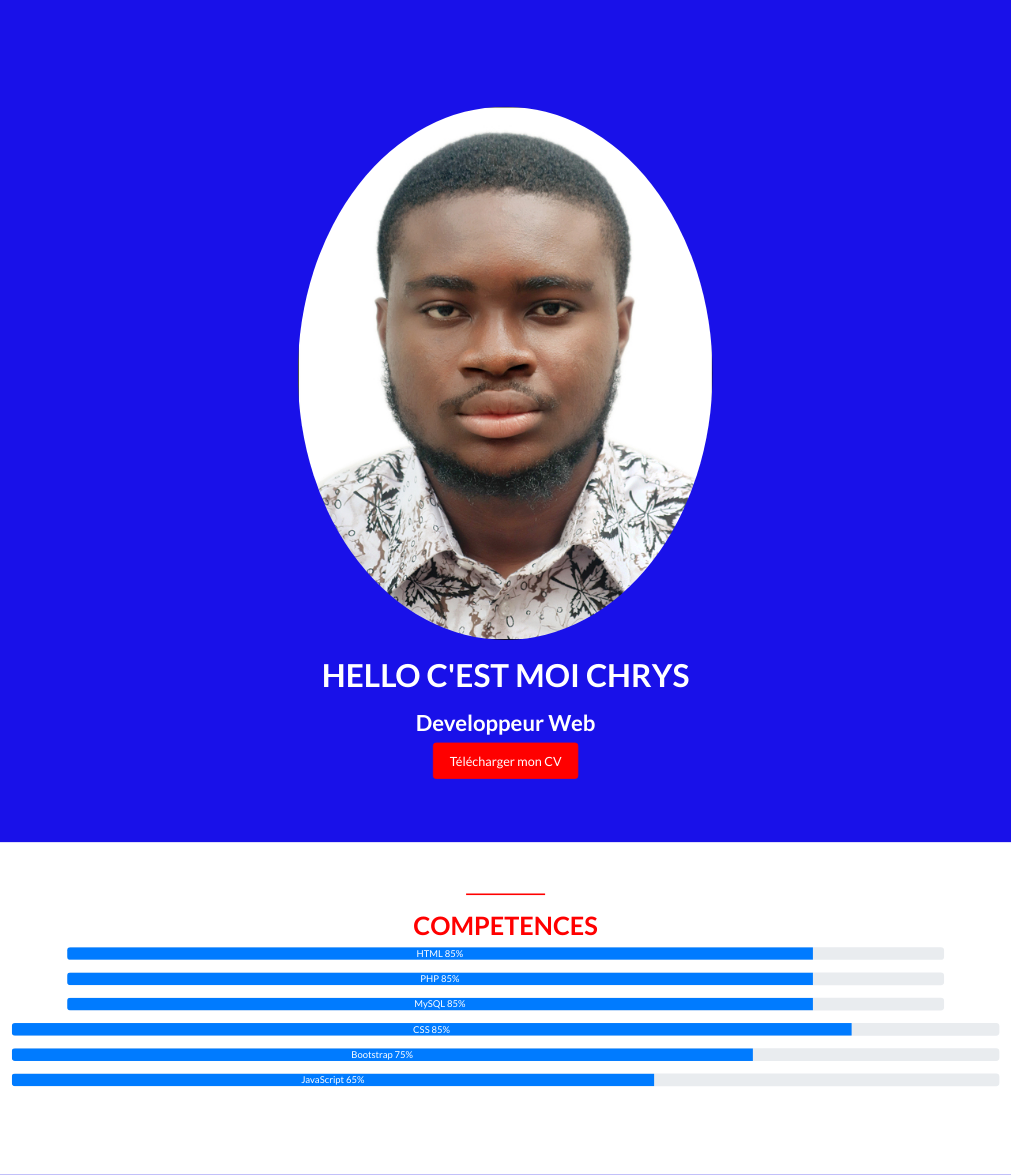
Repository: CHRYSOVR/CV_en_ligne_Interactif
Page: index.html
These files come from the project's save history. The page is drawn as it stood at one moment and after the next save; the edit follows.
The browser window is 1280 px wide. The pictures show the whole page, at 79% of full size.

Above is the page before, as saved 2025-07-07 16:54:41.
Console error: TypeError: Cannot read properties of undefined (reading 'fn')

### index.html
<!DOCTYPE html>
<html lang="fr">
<head>
    <meta charset="UTF-8">
    <meta name="viewport" content="width=device-width, initial-scale=1.0">
    <link rel="preconnect" href="https://fonts.googleapis.com">
<link rel="preconnect" href="https://fonts.gstatic.com" crossorigin>
<link href="https://fonts.googleapis.com/css2?family=Lato:ital,wght@0,100;0,300;0,400;0,700;0,900;1,100;1,300;1,400;1,700;1,900&display=swap" rel="stylesheet">
<link rel="stylesheet" href="https://cdn.jsdelivr.net/npm/bootstrap@4.0.0/dist/css/bootstrap.min.css" integrity="sha384-Gn5384xqQ1aoWXA+058RXPxPg6fy4IWvTNh0E263XmFcJlSAwiGgFAW/dAiS6JXm" crossorigin="anonymous">
<script src="https://cdn.jsdelivr.net/npm/bootstrap@4.0.0/dist/js/bootstrap.min.js" integrity="sha384-JZR6Spejh4U02d8jOt6vLEHfe/JQGiRRSQQxSfFWpi1MquVdAyjUar5+76PVCmYl" crossorigin="anonymous"></script>
    <link rel="stylesheet" href="css/style.css">
    <script src="js/script.js"></script>
    <title>CV SANNE-TIA</title>
</head>
<body>
  <section id="about" class="container-fluid">
    <div  class=" col-8 col -lg-4 profile-picture" >
        <img src="images/Me.JPG" alt="photo sanne-tia" class="rounded-circle">
    </div>
    <div class="heading">
        <h1>Hello c'est moi Chrys</h1 >
             <h3>Developpeur Web</h3>
     <a href="documents/CV_Sanne-Tia.pdf" class="btn btn-danger" target="_blank">Télécharger mon CV</a>
  </div>
    </section>
    <section id="skills">
<div class="divider"></div>
<div class="heading">
    <h2>Competences</h2>
</div>
<div class="container">
    <div class="row flex-column">
        <div class="col-12 mb-3">
            <div class="progress">
                <div class="progress-bar" role="progressbar" style="width: 85%;" aria-valuenow="85" aria-valuemin="0" aria-valuemax="100">HTML 85%</div>
            </div>
        </div>
        <div class="col-12  mb-3">
                    <div class="progress">
                        <div class="progress-bar" role="progressbar" style="width: 85%;" aria-valuenow="85" aria-valuemin="0" aria-valuemax="100">PHP 85%</div>
                    </div>
                </div>
                <div class="col-12  mb-3">
                    <div class="progress">
                        <div class="progress-bar" role="progressbar" style="width: 85%;" aria-valuenow="85" aria-valuemin="0" aria-valuemax="100">MySQL 85%</div>
                    </div>
                </div>
            </div>
        </div>
        <div class="col-12 mb-3">
            <div class="progress">
                <div class="progress-bar" role="progressbar" style="width: 85%;" aria-valuenow="85" aria-valuemin="0" aria-valuemax="100">CSS 85%</div>
            </div>
        </div>
        <div class="col-12 mb-3">
            <div class="row">
                <div class="col-12  mb-3">
                    <div class="progress">
                        <div class="progress-bar" role="progressbar" style="width: 75%;" aria-valuenow="75" aria-valuemin="0" aria-valuemax="100">Bootstrap 75%</div>
                    </div>
                </div>
                <div class="col-12 mb-3">
                    <div class="progress">
                        <div class="progress-bar" role="progressbar" style="width: 65%;" aria-valuenow="65" aria-valuemin="0" aria-valuemax="100">JavaScript 65%</div>
                    </div>
                </div>
            </div>
        </div>





    </section>
</body>
</html>

### css/style.css
/*GENERAL*/

body{
    font-family: 'Lato', sans-serif;

}
h1,h2,h3,h4,h5,h6{
    font-weight: bold;


}
.divider{
    width: 100px;
    height: 2px;
    background-color: #ff0000;
    margin:0 auto 20px ;
}
/*ABOUT*/
#about{
    background-color: #1911e9;

}
.profile-picture{
    text-align: center;
    margin: 70px auto 0;

}
section{
padding: 65px 0 80px 0;

}
 .heading{
    text-align: center;
    color: white;
    margin-top: 20px;
}
.heading h2{
    text-transform: uppercase;
}
img{
    max-width: 100%;
    height: auto;
}
#about .heading h1{
    color: white;
    text-transform: uppercase;
    margin-bottom: 20px;

}
.btn-danger{
    background-color: #ff0000;
    border-color: #ff0000;
    color: white;
    padding: 10px 20px;
    font-size: 16px;
    text-decoration: none;
    transition: all 0.7 s ease-in 2s;
}
.btn-danger:hover{
    background:rgba(255, 255, 255, 0.137);
    border-color: #00ff11fe;
    color: white;
    padding: 10px 20px;
    font-size: 16px;
    text-decoration: none;
}
/*SKILLS*/
#skills .heading h2 {
    color:red
}

Loaded but not shown: js/script.js (no stored copy; drawn as an empty file)

After the next save:
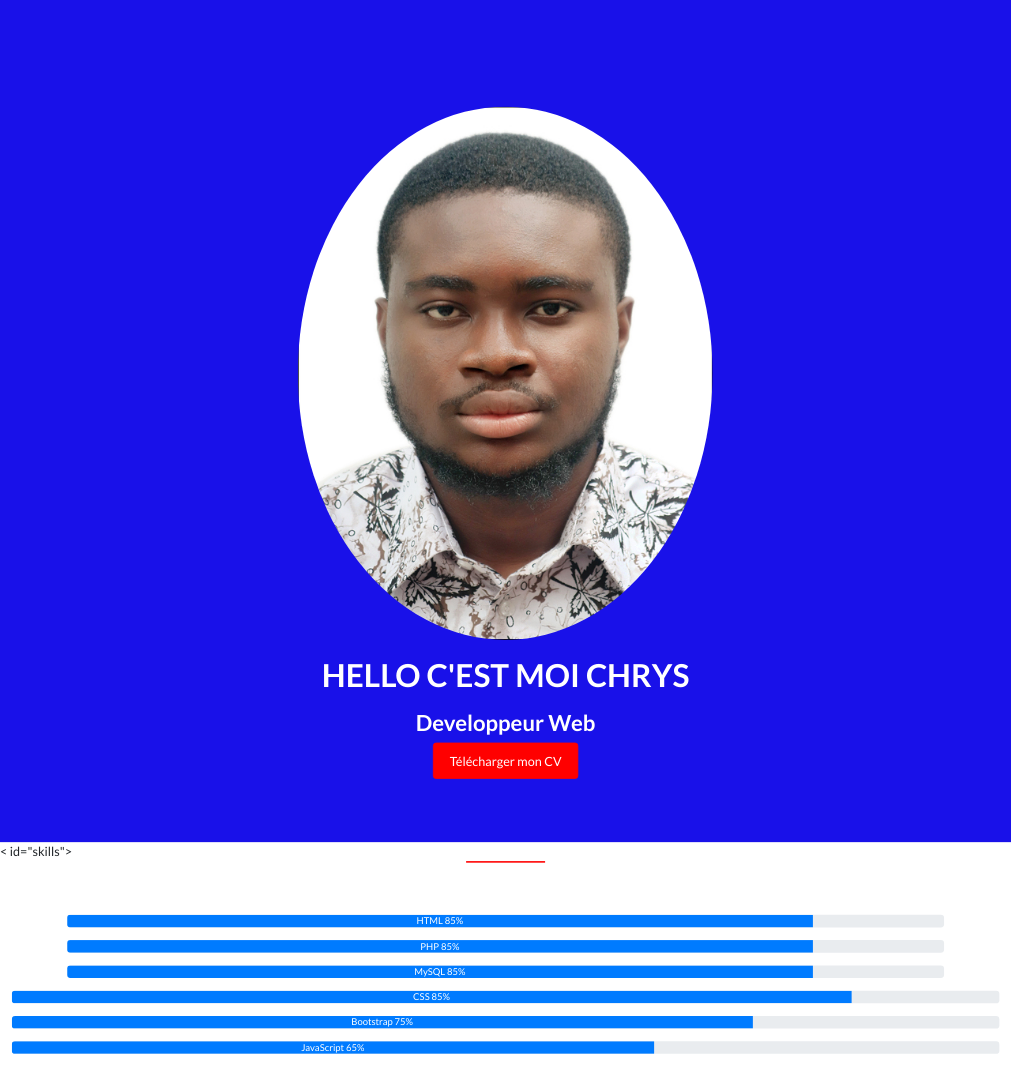
Saved 2 min 20 s later.
--- a/index.html
+++ b/index.html
@@ -23,7 +23,7 @@
      <a href="documents/CV_Sanne-Tia.pdf" class="btn btn-danger" target="_blank">Télécharger mon CV</a>
   </div>
     </section>
-    <section id="skills">
+    < id="skills">
 <div class="divider"></div>
 <div class="heading">
     <h2>Competences</h2>
@@ -66,8 +66,8 @@
                 </div>
             </div>
         </div>
-
-
+    </div>
+</div>
 
 
 

After the 2 saves that followed:
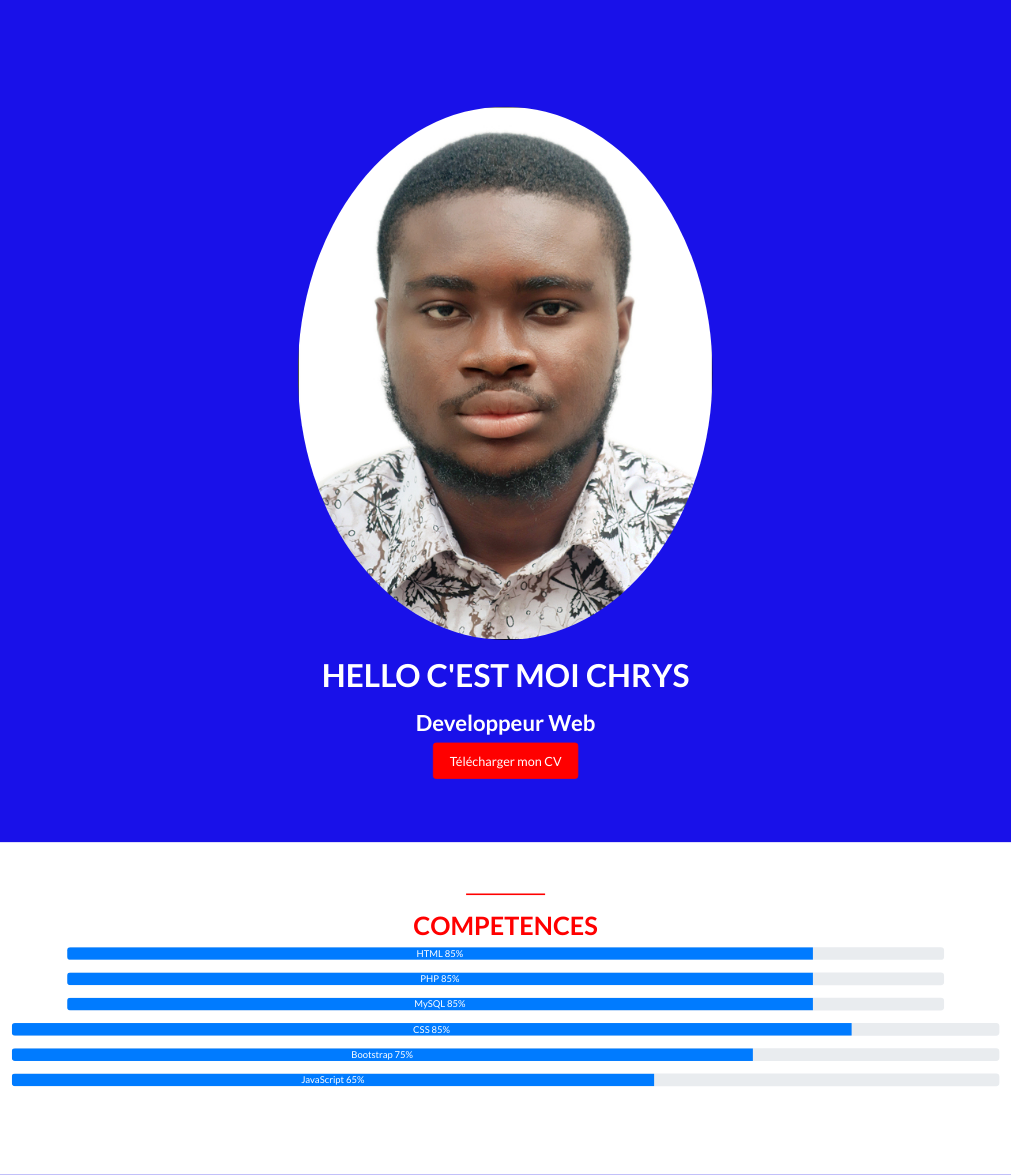
The 2 saves are shown as one change because 1 left the picture as it was.
The last was saved 104 s later.
--- a/index.html
+++ b/index.html
@@ -23,7 +23,7 @@
      <a href="documents/CV_Sanne-Tia.pdf" class="btn btn-danger" target="_blank">Télécharger mon CV</a>
   </div>
     </section>
-    < id="skills">
+    <section id="skills">
 <div class="divider"></div>
 <div class="heading">
     <h2>Competences</h2>
@@ -66,7 +66,6 @@
                 </div>
             </div>
         </div>
-    </div>
 </div>
 
 
